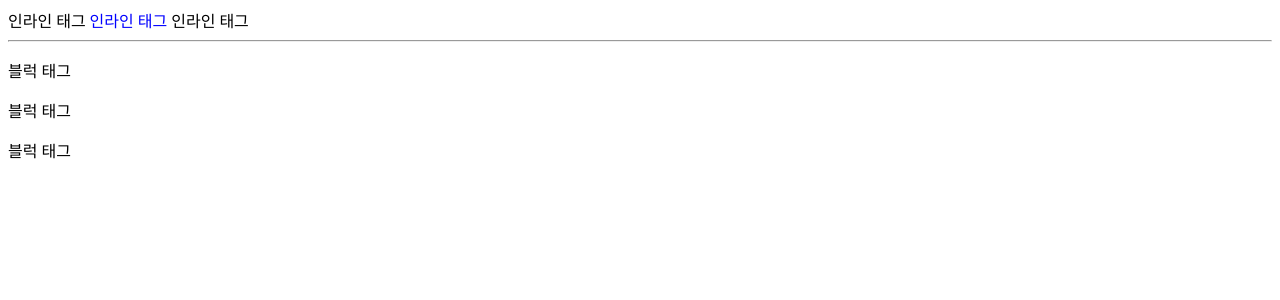
Repository: zzzzzzin/Client
Page: ClientTest/src/main/webapp/html/ex13_tag.html
These files come from the project's save history. The page is drawn as it stood at one moment and after the next save; the edit follows.
The browser window is 1280 px wide. The pictures show the whole page.

Above is the page before, as saved 2024-03-13 03:39:37.

### ClientTest/src/main/webapp/html/ex13_tag.html
<!DOCTYPE html>
<html>
<head>
<meta charset="EUC-KR">
<title>ex13_tag</title>
</head>
<body>
	<!--
		***** 반드시 기억하고 정리하기

		인라인 태그 vs 블럭 태그
		- 모든 태그들은 위의 두 분류 중하나에 속한다.
		- 태그가 렌더링(출력)될 때 나타나는 특징에 따른 분류
		- 태그가 화면에 출력되는 모습에 따른 분류

		인라인 태그, Inline Tag
		- 자신의 내용물을 인접한 다른 태그의 내용물과 같은 라인에 출력한다.


		블럭 태그, Block Tag
		- 자신의 내용물을 인접한 다른 태그의 내용물과 다른 라인에 출력한다.


	-->

	<font>인라인 태그</font>
	<font color="blue">인라인 태그</font>
	<font>인라인 태그</font>

	<hr>

	<p>블럭 태그</p>
	<p>블럭 태그</p>
	<p>블럭 태그</p>

</body>
</html>

After the next save:
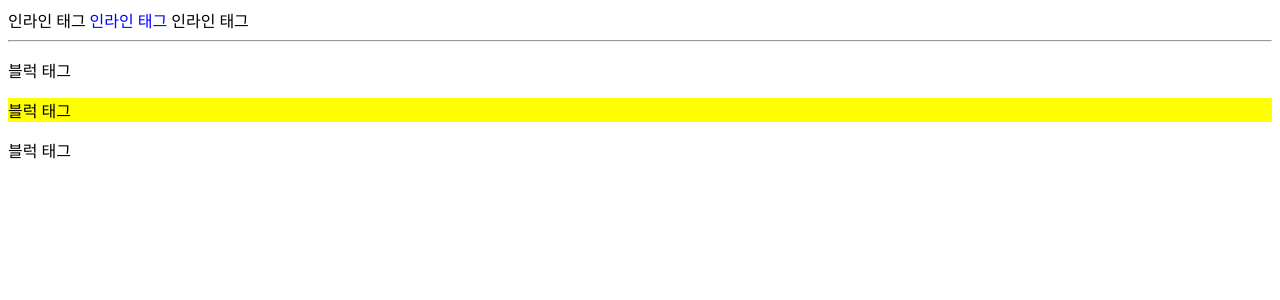
Saved 64 s later.
--- a/ClientTest/src/main/webapp/html/ex13_tag.html
+++ b/ClientTest/src/main/webapp/html/ex13_tag.html
@@ -30,7 +30,7 @@
 	<hr>
 
 	<p>블럭 태그</p>
-	<p>블럭 태그</p>
+	<p style="background-color: yellow;">블럭 태그</p>
 	<p>블럭 태그</p>
 
 </body>
